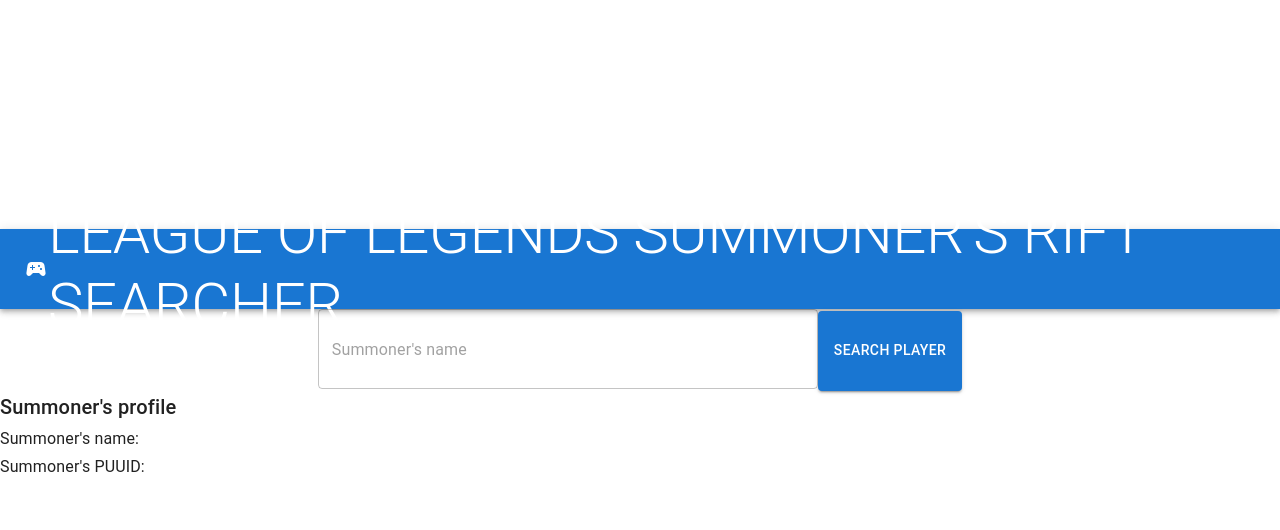
Repository: Mikerr21/League-Of-Legends-API
Page: /
The author's editor kept a copy of each file at every save. The page is drawn from the files as they stood at one save, then again after the next save.
The browser window is 1280 px wide. The pictures show the whole page.
The page's requests for data from a server got no answer. The project was rebuilt for these pictures with package versions that can differ from the ones it lists, and the page was loaded fresh each time. No one was signed in, and anything a server would have sent is missing.

Above is the page before, as saved 2022-09-24 22:30:42.

### public/index.html
<!DOCTYPE html>
<html lang="en">
  <head>
    <meta charset="utf-8" />
    <link rel="icon" href="%PUBLIC_URL%/favicon.ico" />
    <meta name="viewport" content="width=device-width, initial-scale=1" />
    <meta name="theme-color" content="#000000" />
    <meta
      name="description"
      content="Web site created using create-react-app"
    />
    <link rel="apple-touch-icon" href="%PUBLIC_URL%/logo192.png" />

    <title>React App</title>
  </head>
  <body>
    <noscript>You need to enable JavaScript to run this app.</noscript>
    <div id="root"></div>

  </body>
</html>

### src/App.js
import React from "react";
import axios from "axios";
import { useState } from "react";
import { AppBar } from "@mui/material";
import { Toolbar } from "@mui/material";
import { CssBaseline } from "@mui/material";
import SportsEsportsIcon from "@mui/icons-material/SportsEsports";
import OutlinedInput from "@mui/material/OutlinedInput";

import { Typography } from "@mui/material";
import { Button } from "@mui/material";
import { Box } from "@mui/material";

import ListSubheader from '@mui/material/ListSubheader';
import List from '@mui/material/List';
import ListItemButton from '@mui/material/ListItemButton';
import ListItemIcon from '@mui/material/ListItemIcon';
import ListItemText from '@mui/material/ListItemText';
import Collapse from '@mui/material/Collapse';
import InboxIcon from '@mui/icons-material/MoveToInbox';
import DraftsIcon from '@mui/icons-material/Drafts';
import SendIcon from '@mui/icons-material/Send';
import ExpandLess from '@mui/icons-material/ExpandLess';
import ExpandMore from '@mui/icons-material/ExpandMore';
import StarBorder from '@mui/icons-material/StarBorder';
import Grid from "@mui/material/Grid";

function App() {
  const [searchPlayer, setSearchPlayer] = useState("");
  const [playerData, setPlayerData] = useState({});
  const API_KEY = "c4eb3244-2494-4789-a6a3-47b4f6d5b70a";

  function fetchPlayerData(event) {
    var API_KEY = "RGAPI-e5d7e95c-8a4e-4469-bf42-53bc6d1175b3";
    var API_CALL_STRING =
      "https://euw1.api.riotgames.com/lol/summoner/v4/summoners/by-name/" +
      searchPlayer +
      "?api_key=" +
      API_KEY;
    axios
      .get(API_CALL_STRING)
      .then(function (response) {
        //Success

        setPlayerData(response.data);
      })
      .catch(function (error) {
        //Error
        console.log(error);
      });
  }

  return (
    <div className="App">
      <CssBaseline />

      <Grid
  container
  spacing={0}
  direction="column"
  alignItems="center"
  justifyContent="center"
  style={{ minHeight: '100vh' }}
>
<CssBaseline />
<AppBar position="static">
        <Toolbar variant="dense" style={{ height: "80px" }}>
          <SportsEsportsIcon></SportsEsportsIcon>
          <Typography variant="h2" component="h2">
            LEAGUE OF LEGENDS SUMMONER'S RIFT SEARCHER
          </Typography>
        </Toolbar>
      </AppBar>
      <Box>
        <OutlinedInput
          onChange={(e) => setSearchPlayer(e.target.value)}
          type="text"
          placeholder="Summoner's name"
          style={{ height: "80px", width: "500px" }}
        ></OutlinedInput>
        <Button
          onClick={fetchPlayerData()}
          variant="contained"
          style={{ height: "80px" }}
        >
          Search player
        </Button>
      </Box>
      {JSON.stringify(playerData.data)}

      <List
      sx={{ width: '100%', maxWidth: 1300, bgcolor: 'bluelight' }}
      component="nav"
      aria-labelledby="nested-list-subheader"
      subheader={
        <Typography variant="h6">
         Summoner's profile
        </Typography>
      }
    >
      {/* <ListItemButton>
        <ListItemIcon>
          <SendIcon />
        </ListItemIcon>
        <ListItemText primary="Sent mail" />
      </ListItemButton>
      <ListItemButton>
        <ListItemIcon>
          <DraftsIcon />
        </ListItemIcon>
        <ListItemText primary="Drafts" />
      </ListItemButton>
        <List component="div" disablePadding>
          <ListItemButton sx={{ pl: 4 }}>
            <ListItemIcon>
              <StarBorder />
            </ListItemIcon>
            <ListItemText primary="Starred" />
          </ListItemButton>
        </List>
     */}
 <ListItemText>
  <Typography variant="h7">
    Summoner's name:{searchPlayer}
  </Typography>
 </ListItemText>
 <ListItemText>
  <Typography variant="h7">
    Summoner's PUUID:{playerData.puuid}
  </Typography>
 </ListItemText>
 </List>


</Grid>

    </div>
  );
}

export default App;

Loaded but not shown: src/index.js (common file)

After the next save:
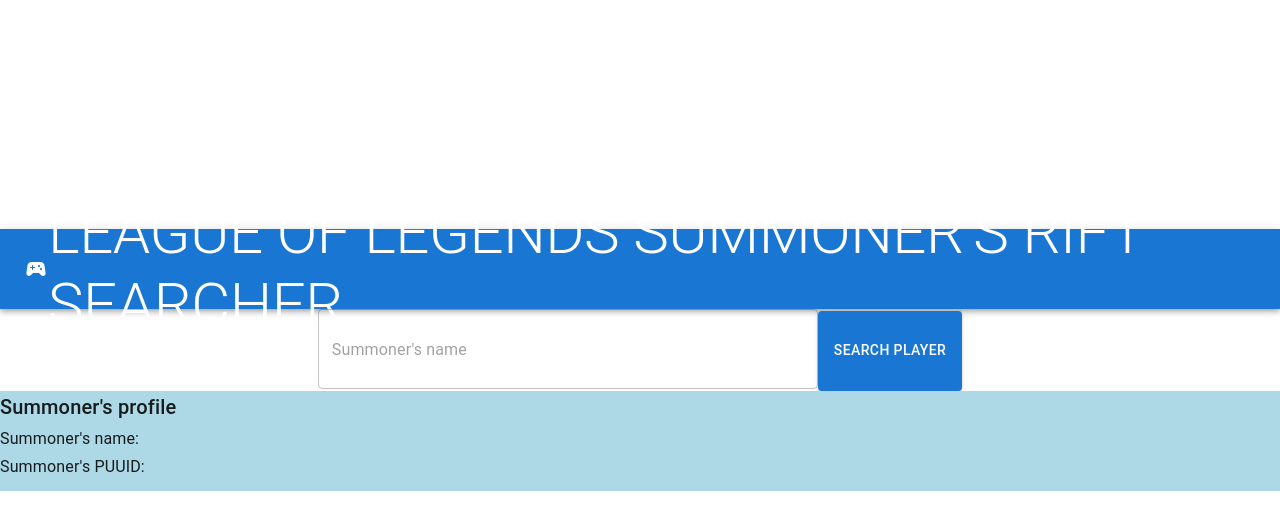
Saved 4 s later.
--- a/src/App.js
+++ b/src/App.js
@@ -89,7 +89,7 @@
       {JSON.stringify(playerData.data)}
 
       <List
-      sx={{ width: '100%', maxWidth: 1300, bgcolor: 'bluelight' }}
+      sx={{ width: '100%', maxWidth: 1300, bgcolor: 'lightblue' }}
       component="nav"
       aria-labelledby="nested-list-subheader"
       subheader={
